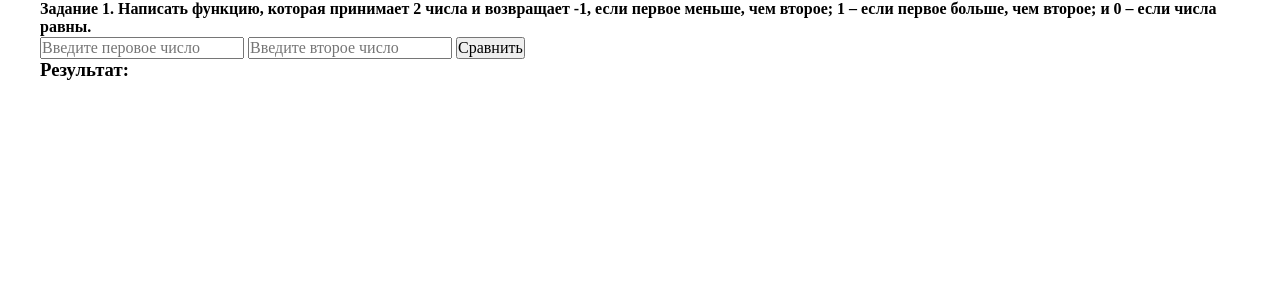
Repository: NastyaGavrilova/Beetroot-js
Page: HW3/index.html
An editor plug-in stored every save of this project. The page is shown before and after the next save, followed by the edit.
The browser window is 1280 px wide. The pictures show the whole page.

Above is the page before, as saved 2021-10-18 14:08:38.

After the next save:
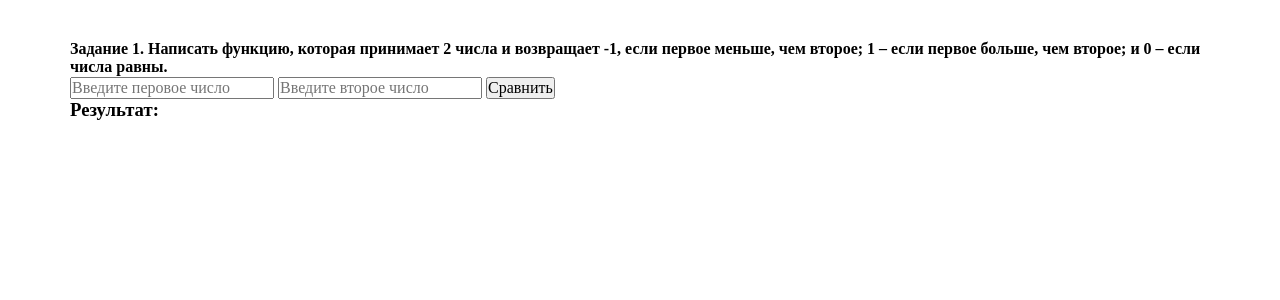
Saved 35 s later.
--- a/HW3/index.css
+++ b/HW3/index.css
@@ -8,3 +8,6 @@ body {
   max-width: 1200px;
   margin: 0 auto;
 }
+.c-task-one {
+  padding: 40px 30px;
+}
